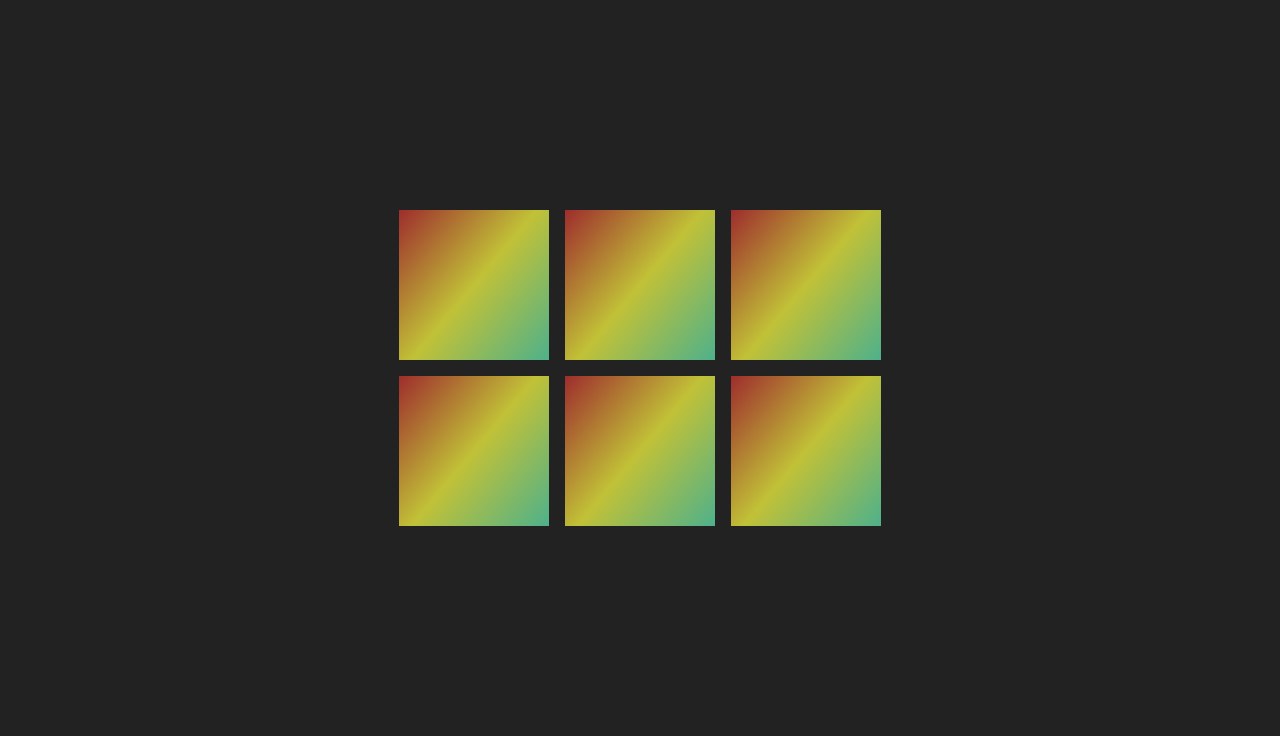
Repository: mariocapitbrok/css-grid
Page: index.html
The author's editor kept a copy of each file at every save. The page is drawn from the files as they stood at one save, then again after the next save.
The browser window is 1280 px wide. The pictures show the whole page.

Above is the page before, as saved 2022-12-29 13:14:56.

After the next save:
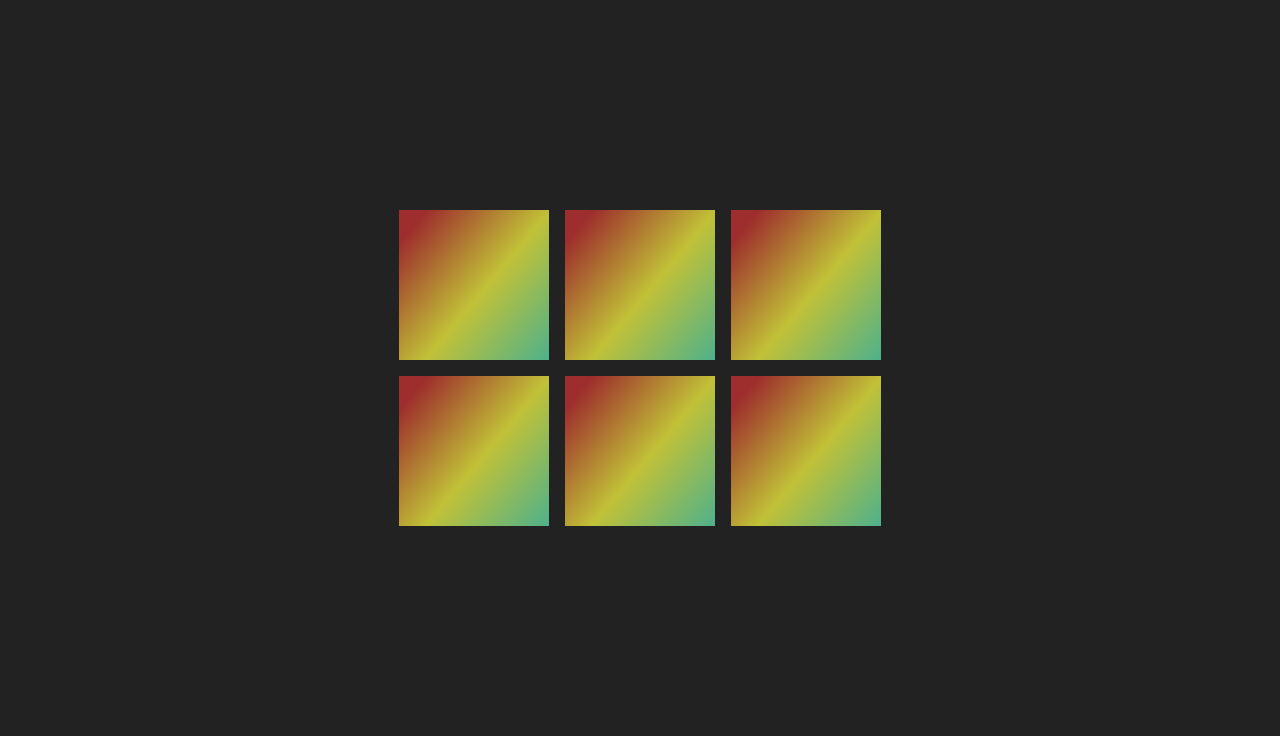
Saved 10 s later.
--- a/styles.css
+++ b/styles.css
@@ -15,5 +15,5 @@ body {
 
 .item {
   background-color: #1EAAFC;
-  background-image: linear-gradient(130deg, #9e2d2d, #c1c137, #4eb18b);
+  background-image: linear-gradient(130deg, #9e2d2d 10%, #c1c137, #4eb18b);
 }
